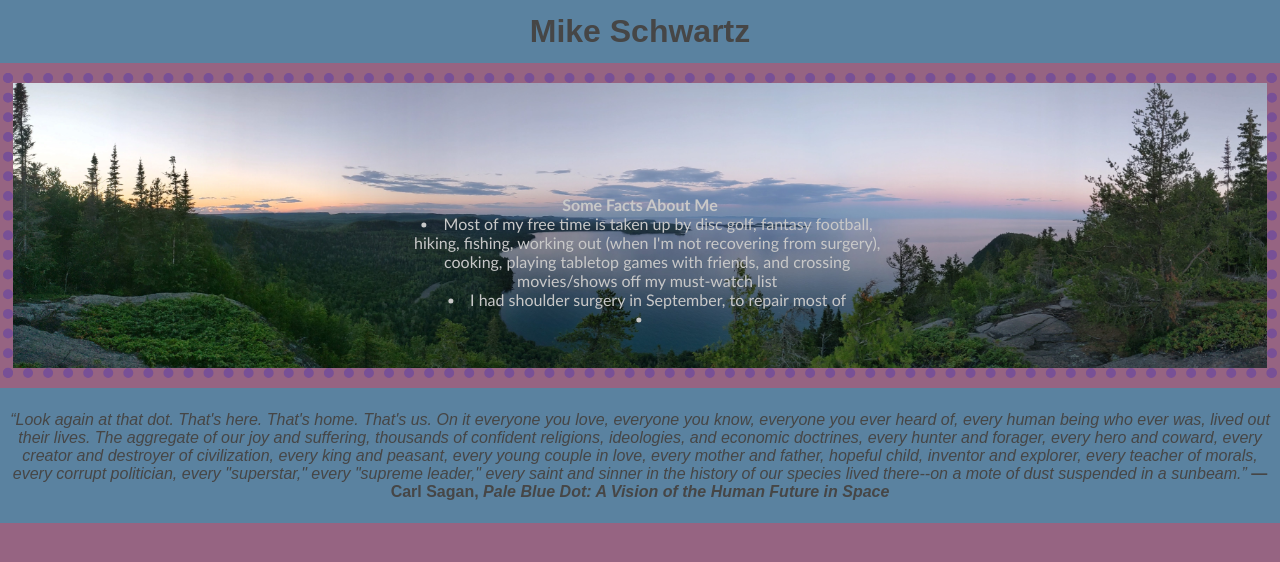
Repository: Ellusionism/prime-pw-week-1-assignment
Page: assignment/index.html
The author's editor kept a copy of each file at every save. The page is drawn from the files as they stood at one save, then again after the next save.
The browser window is 1280 px wide. The pictures show the whole page.

Above is the page before, as saved 2022-10-26 17:24:38.

### assignment/index.html
<!DOCTYPE html>
<html>
<head>
    <meta charset="utf-8" />
    <meta http-equiv="X-UA-Compatible" content="IE=edge">
    <!-- Change the <title> from "Page Title" to "Hello World" -->
    <title>Hello World</title>
    <meta name="viewport" content="width=device-width, initial-scale=1">

    <link rel="stylesheet" type="text/css" media="screen" href="style.css" />
</head>
<body>
    <!-- Create a header element  -->

    <!-- Inside the header, add an <h1> element containing your name -->

    <header>
        <h1 class="name">Mike Schwartz</h1>
    </header>

    <!-- Include an image -->

    <!-- Create an unordered list with 3 list items of fun facts about you -->

    <div class="container">
        <img src="images/mtjosephine.jpg" alt="Mount Josephine summit view" class="img">
        <h4 class="facts">Some Facts About Me</h4>
        <ul class="facts-list">
            <li>Most of my free time is taken up by disc golf, fantasy football, hiking, fishing, working out (when I'm not recovering from surgery), cooking, playing tabletop games with friends, and crossing movies/shows off my must-watch list</li>
            <li>I had shoulder surgery in September, to repair most of </li>
            <li></li>
        </ul>
    </div>

    <!-- Create a footer element -->
    <footer class="fav-quote">
        <p>“Look again at that dot. That's here. That's home. That's us. On it everyone you love, everyone you know, everyone you ever heard of, every human being who ever was, lived out their lives. The aggregate of our joy and suffering, thousands of confident religions, ideologies, and economic doctrines, every hunter and forager, every hero and coward, every creator and destroyer of civilization, every king and peasant, every young couple in love, every mother and father, hopeful child, inventor and explorer, every teacher of morals, every corrupt politician, every "superstar," every "supreme leader," every saint and sinner in the history of our species lived there--on a mote of dust suspended in a sunbeam.”
            <span class="cite">― Carl Sagan,</span><span class="cite-book"> Pale Blue Dot: A Vision of the Human Future in Space</span></p>
    </footer>
    <!-- Inside your footer, put a <p> element with your favorite quote -->
</body>
</html>

### assignment/style.css
/* Give your page a fun background color */
body {
 background-color: rgb(150, 100, 130);
 margin: 0;
 font-family: Arial, Helvetica, sans-serif;
}
/* Make the header and footer a different color from the background */
header {
 background-color: rgb(90, 130, 160);
 margin: 0 0 10px;
 padding: 1%;
}
/* Align the h1 containing your name in the center of the header*/
.name {
 color:rgb(70, 70, 70);
 text-align: center;
 margin: 0;
}
/* Make your p tag a different color and italic */
.fav-quote {
 background-color:rgb(90,130,160);
 margin: 10px 0 0;
 padding: 0.5%;
 color: rgb(70, 70, 70);
 font-style: italic;
 text-align: center;
}

.cite {
 font-style: normal;
 font-weight: bold;
}

.cite-book {
 font-weight: bold;
}
/* Put a border around your image */
.img {
 border: 10px dotted  rgb(120, 80, 150);
 padding: 0;
 display: block;
 margin: auto;
 max-height: 100%;
 max-width: 98%;
}
/* Change the font-family of your list */
.facts {
 color: rgb(200, 200, 200);
 font-family:'Gill Sans', 'Gill Sans MT', Calibri, 'Trebuchet MS', sans-serif;
 position: absolute;
 top: 50%;
 left: 50%;
 transform: translate(-50%, -275%);
}

.facts-list {
 color: rgb(200,200,200);
 font-family:'Gill Sans', 'Gill Sans MT', Calibri, 'Trebuchet MS', sans-serif;
 position: absolute;
 top: 50%;
 left: 50%;
 max-width: 37%;
 transform: translate(-52.5%, -25%);
 list-style-position: inside;
}

 .container {
  position: relative;
  text-align: center;
 }

After the next save:
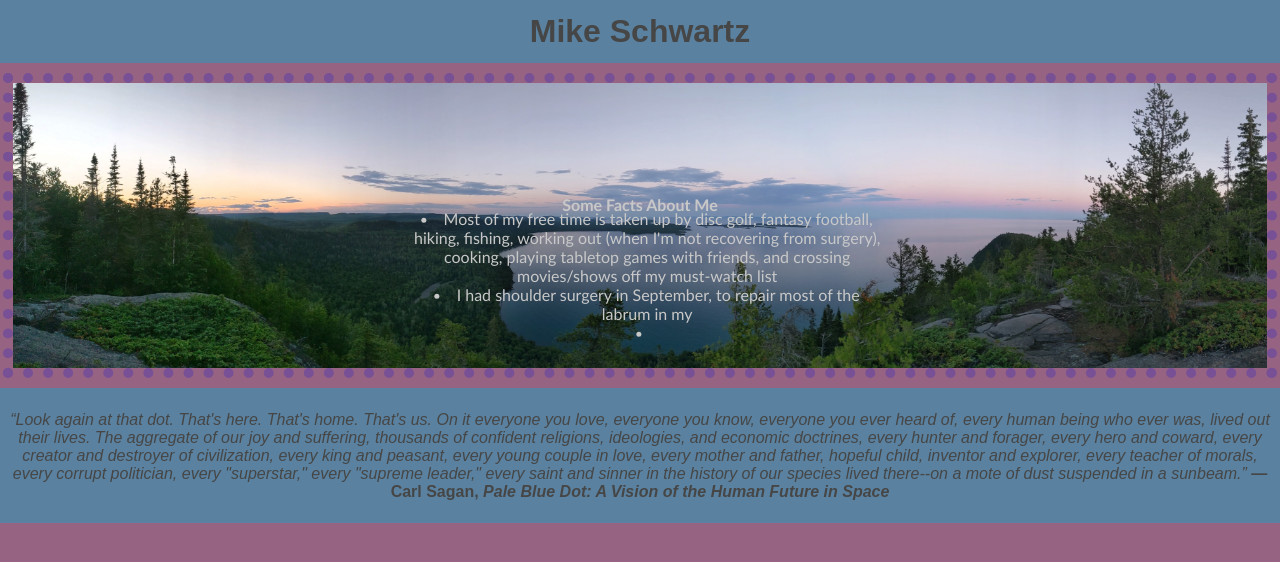
Saved 8 s later.
--- a/assignment/index.html
+++ b/assignment/index.html
@@ -27,7 +27,7 @@
         <h4 class="facts">Some Facts About Me</h4>
         <ul class="facts-list">
             <li>Most of my free time is taken up by disc golf, fantasy football, hiking, fishing, working out (when I'm not recovering from surgery), cooking, playing tabletop games with friends, and crossing movies/shows off my must-watch list</li>
-            <li>I had shoulder surgery in September, to repair most of </li>
+            <li>I had shoulder surgery in September, to repair most of the labrum in my </li>
             <li></li>
         </ul>
     </div>
